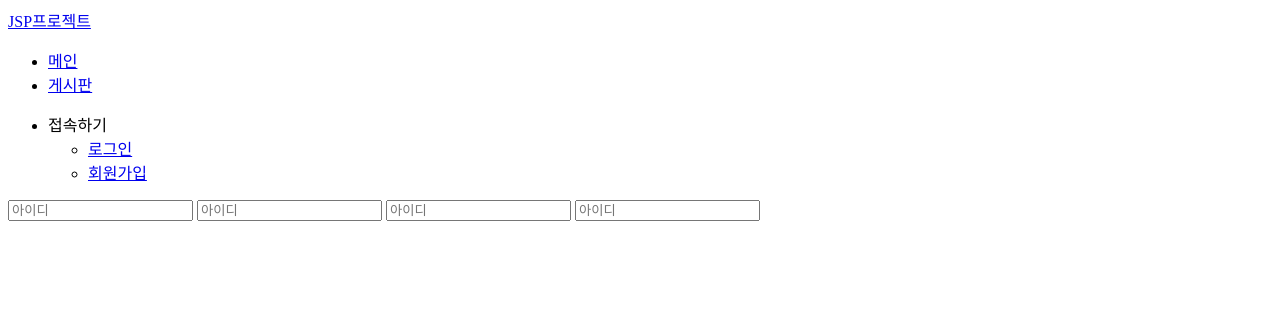
Repository: KimJeongSeok98/ComputerDepartmentPage-JSP
Page: http://localhost/JSP/join.jsp
The author's editor kept a copy of each file at every save. The page is drawn from the files as they stood at one save, then again after the next save.
The browser window is 1280 px wide. The pictures show the whole page.
The page is served by Tomcat 9. Other server files are loaded and not shown.

Above is the page before, as saved 2022-06-02 13:31:32.

### JSP/src/main/webapp/join.jsp
<%@ page language="java" contentType="text/html; charset=UTF-8"
    pageEncoding="UTF-8"%>
<!DOCTYPE html>
<html>
<head>
<meta charset="UTF-8">
<title>메인페이지</title>
</head>
<body>
<div>
<a href="main.jsp">JSP프로젝트</a> <!--좌측 상단 메인페이지 연결-->
</div>
<div>
	<ul>
		<li>
		<a href="main.jsp">메인</a> <!--좌측 상단 메인페이지 연결-->
		</li>
		<li>
		<a href="bbs.jsp">게시판</a> <!--좌측 상단 메인페이지 연결-->
		</li>
	</ul>

	<ul>
		<li>
			<a>접속하기</a>
			<ul>
				<li>
				<a href="login.jsp">로그인</a><!--로그인 jsp로 이동-->
				</li>
				<li>
				<a href="join.jsp">회원가입</a><!--회원가입 jsp로 이동-->
				</li>
			</ul>
		</li>
	</ul>
</div>
<div class="container"> <!--로그인 양식 생성-->
	<form method="post" action="loginAction.jsp"><!--post:정보를 숨기면서 보내는 메소드 / 로그인 액션으로 로그인 정보를 보내는것 -->
		<input type="text" class="form-control" placeholder="아이디" name="userID"> <!--아이디/name="userID" << DB-->
		<input type="text" class="form-control" placeholder="아이디" name="userID"> <!--아이디/name="userID" << DB-->
		<input type="text" class="form-control" placeholder="아이디" name="userID"> <!--아이디/name="userID" << DB-->
		<input type="text" class="form-control" placeholder="아이디" name="userID"> <!--아이디/name="userID" << DB-->
	</form>
</div>
</body>
</html>

After the next save:
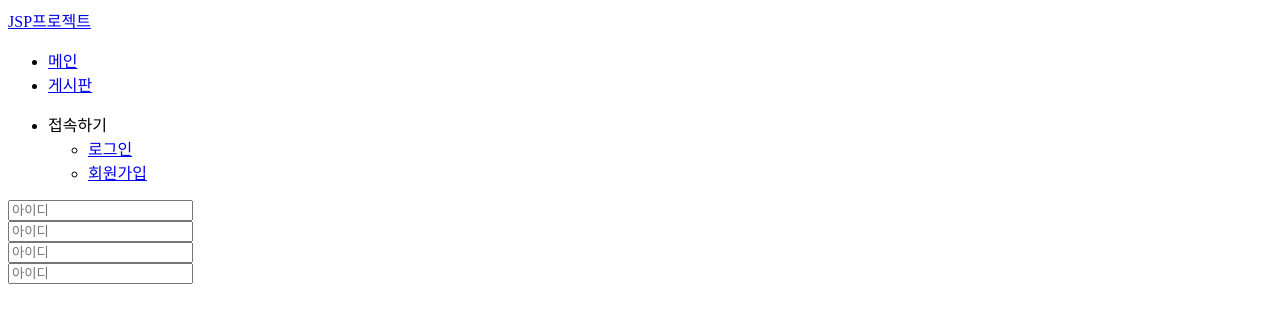
Saved 39 s later.
--- a/JSP/src/main/webapp/join.jsp
+++ b/JSP/src/main/webapp/join.jsp
@@ -36,10 +36,16 @@
 </div>
 <div class="container"> <!--로그인 양식 생성-->
 	<form method="post" action="loginAction.jsp"><!--post:정보를 숨기면서 보내는 메소드 / 로그인 액션으로 로그인 정보를 보내는것 -->
+		<div>
 		<input type="text" class="form-control" placeholder="아이디" name="userID"> <!--아이디/name="userID" << DB-->
+		</div>
+		<div>
 		<input type="text" class="form-control" placeholder="아이디" name="userID"> <!--아이디/name="userID" << DB-->
+		</div><div>
 		<input type="text" class="form-control" placeholder="아이디" name="userID"> <!--아이디/name="userID" << DB-->
+		</div><div>
 		<input type="text" class="form-control" placeholder="아이디" name="userID"> <!--아이디/name="userID" << DB-->
+		</div>
 	</form>
 </div>
 </body>
